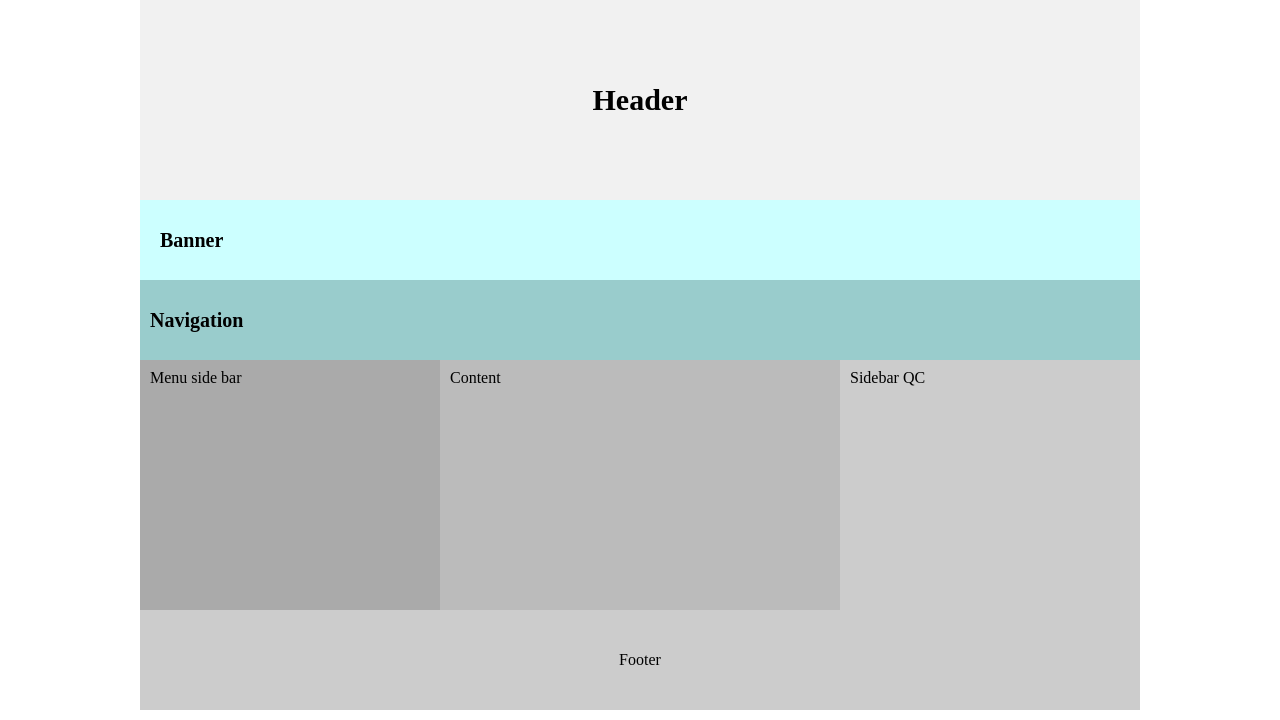
Repository: Tan-Khang21/TH_TKW--Buoi_06
Page: Bai_Tap_Tren_lop/Bai_03/LayoutCSS3.html
The author's editor kept a copy of each file at every save. The page is drawn from the files as they stood at one save, then again after the next save.
The browser window is 1280 px wide. The pictures show the whole page.

Above is the page before, as saved 2024-03-11 21:06:01.

After the next save:
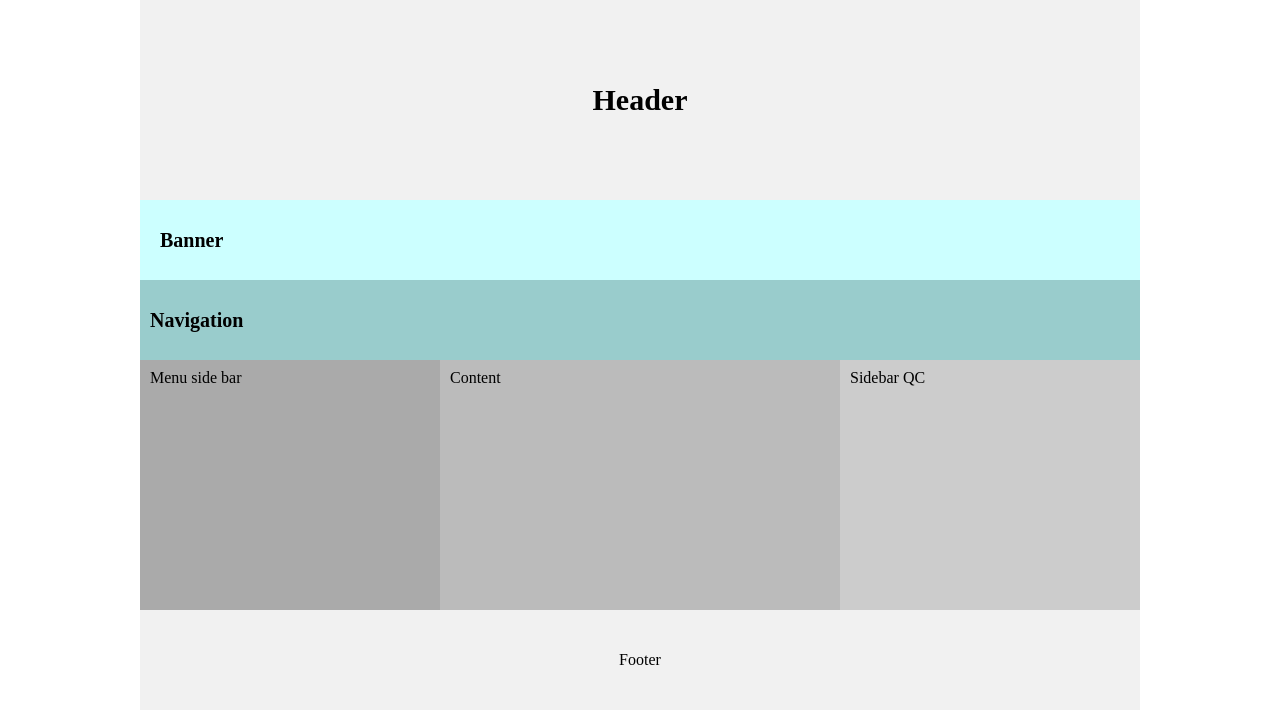
Saved 17 s later.
--- a/Bai_Tap_Tren_lop/Bai_03/style.css
+++ b/Bai_Tap_Tren_lop/Bai_03/style.css
@@ -62,7 +62,7 @@ body {
 .footer {
   width: 100%;
   height: 100px;
-  background-color: #cccccc;
+  background-color: #f1f1f1;
   padding: 10px;
   display: flex;
   align-items: center;
